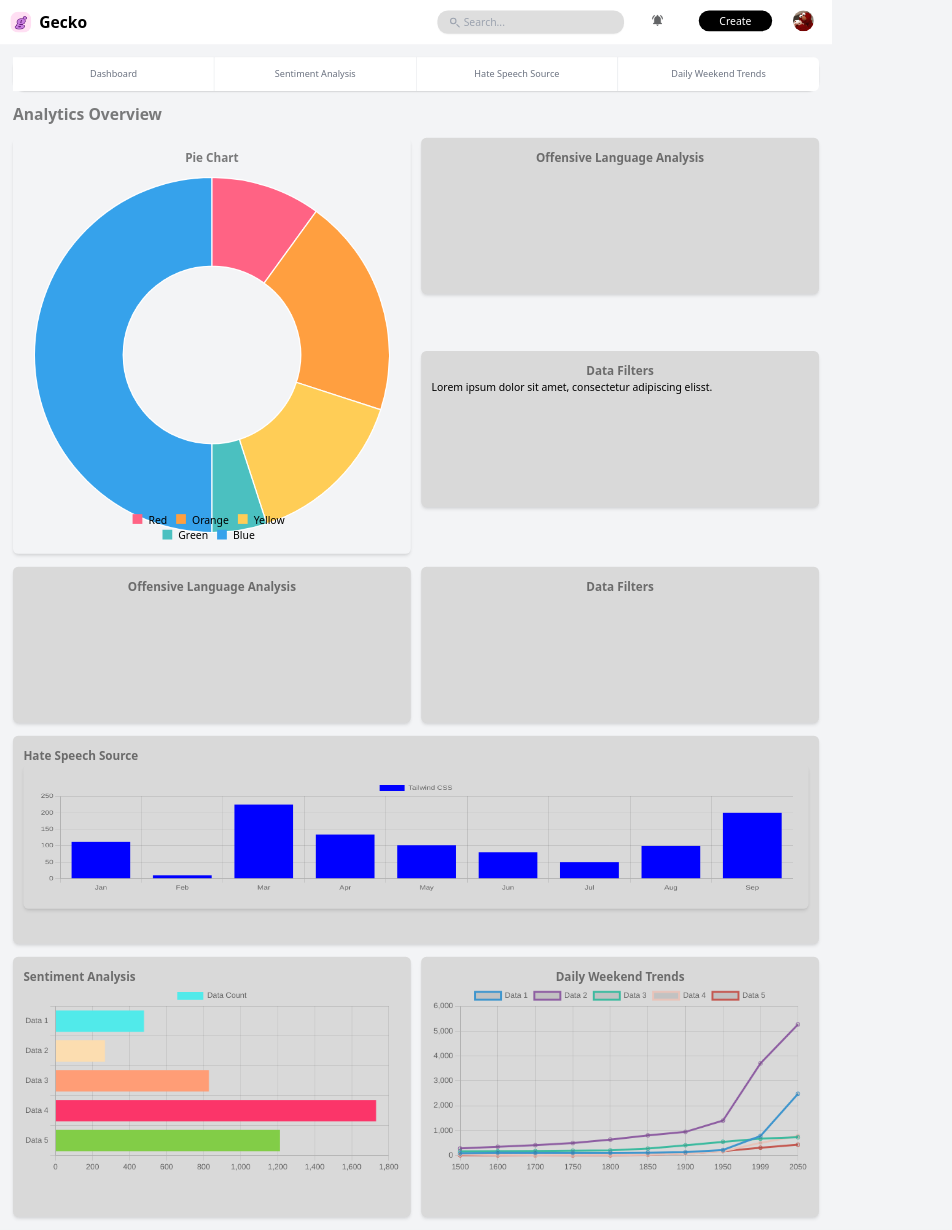
Repository: theamgri/thesis-website-nextjs
Page: website.html
These files come from the project's save history. The page is drawn as it stood at one moment and after the next save; the edit follows.
The browser window is 1280 px wide. The page is 1464 px wide, then 1280 px, so the pictures cover 1464 px, including what lies to the right of the window. The pictures show the whole page, at 65% of full size.

Above is the page before, as saved 2023-10-06 07:47:43.
Console error: ReferenceError: Chart is not defined

After the next save:
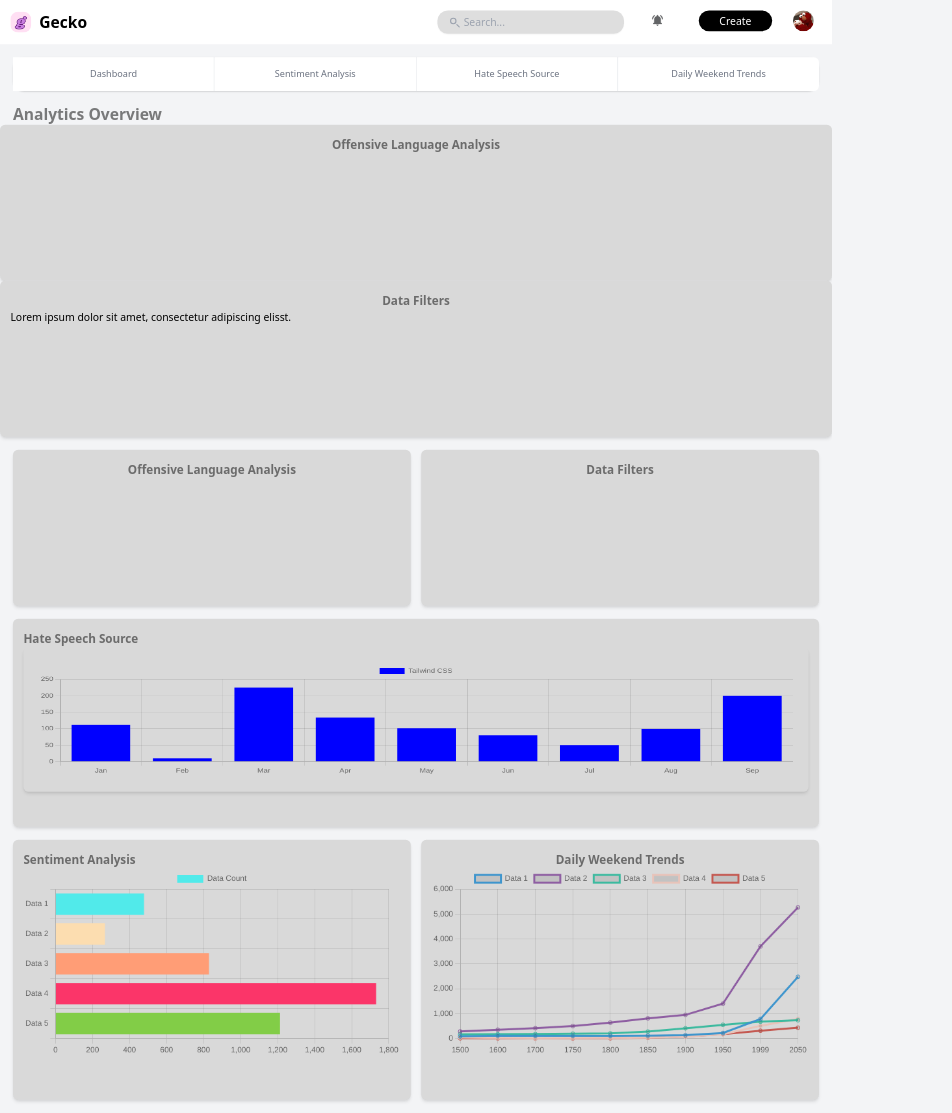
Saved 2 min 36 s later.
--- a/website.html
+++ b/website.html
@@ -112,17 +112,17 @@
   </div>
 
 <!-- ... (previous code) ... -->
-
+<!--
 <div class="m-5 grid grid-cols-1 md:grid-cols-2 lg:grid-cols-2 xl:grid-cols-2 gap-4">
-  <!-- Container for Pie Chart (2 rows) -->
+  Container for Pie Chart (2 rows)
   <div class="bg-white p-4 rounded-lg shadow-md" style="background-color: transparent; grid-row: span 2; overflow: visible;">
-      <!-- Content goes here, such as the chart -->
+      Content goes here, such as the chart
       <h2 class="text-lg text-center opacity-50 font-semibold">Pie Chart</h2>
       <div style="position: relative;">
           <canvas class="p-4" id="donutChart" width="100" height="100"></canvas>
           <div style="position: absolute; bottom: 0; left: 50%; transform: translateX(-50%); text-align: center;">
-              <!-- Display labels here -->
-              <div style="display: inline-block; margin-right: 10px;">
+              Display labels here
+               <div style="display: inline-block; margin-right: 10px;">
                   <div style="background-color: rgb(255, 99, 132); width: 15px; height: 15px; display: inline-block; margin-right: 5px;"></div>
                   <span>Red</span>
               </div>
@@ -143,9 +143,9 @@
                   <span>Blue</span>
               </div>
           </div>
-      </div>
+      </div> -->
       <!-- Optionally, you can add a label or title for the container -->
-      <script>
+      <!-- <script>
         // Ensure that the DOM is fully loaded before initializing the chart
         document.addEventListener("DOMContentLoaded", function() {
             const donutData = {
@@ -185,8 +185,8 @@
                 donutData
             );
         });
-    </script>
-  </div>
+    </script> -->
+  <!-- </div> -->
 
   <!-- Container 1 -->
   <div class="bg-white p-4 rounded-lg shadow-md" style="background-color: #D9D9D9; height: 15rem;">
